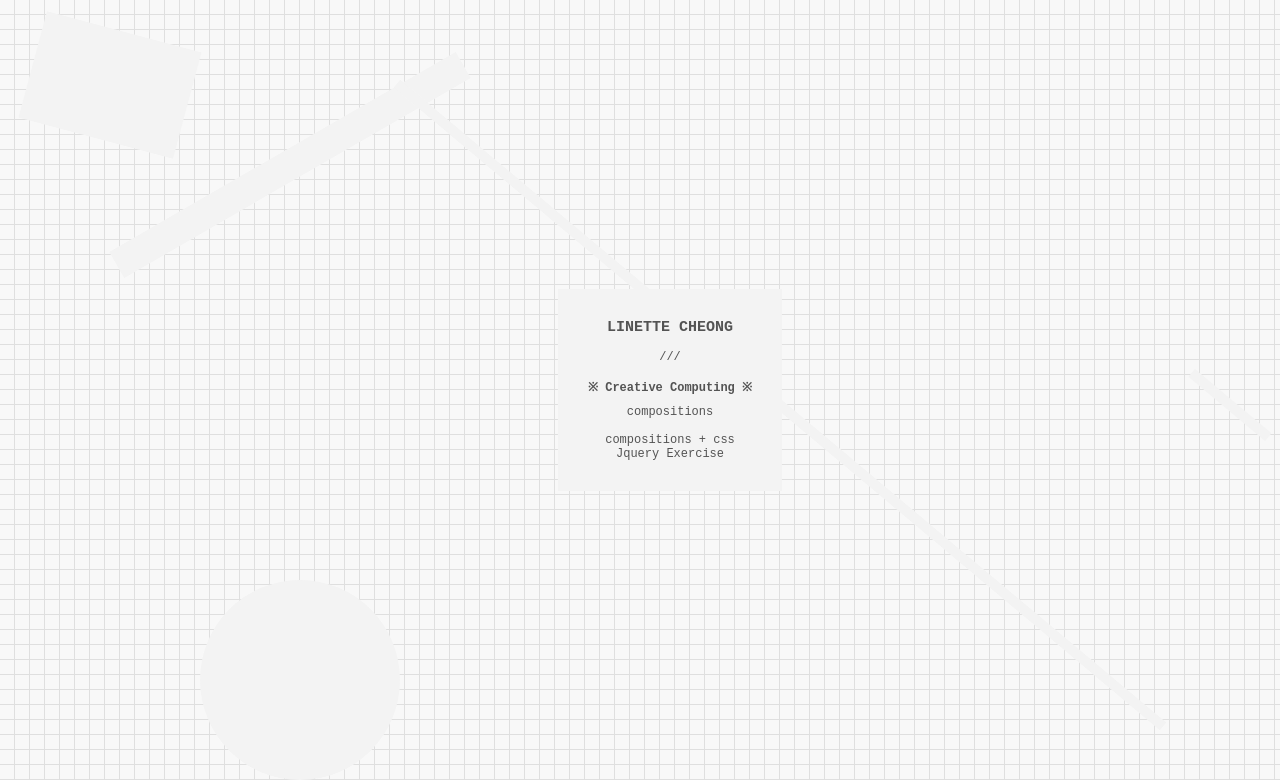
Repository: Nnetterz/Nnetterz.github.io
Page: index.html
The author's editor kept a record of every edit. The page is drawn from the files as they stood at one moment, then again after the next edit.
The browser window is 1280 px wide. The pictures show the whole page.

Above is the page before.

After the next edit:
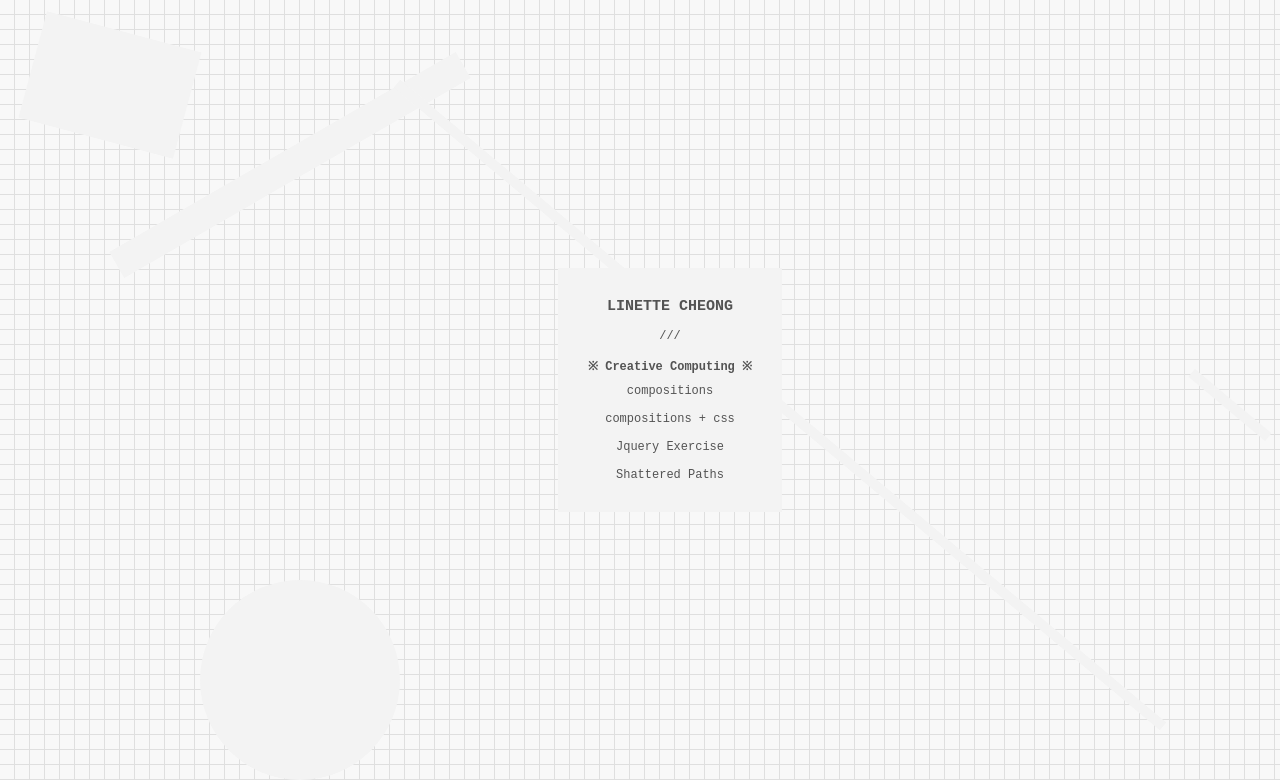
The edit:
--- a/index.html
+++ b/index.html
@@ -28,8 +28,9 @@
     </div>
     <div class="content">
         <a href="type1/index1.html">compositions</a><br><br>
-        <a href="type2/index1.html">compositions + css</a><br>
-        <a href="jquery_exercise/index.html">Jquery Exercise</a>
+        <a href="type2/index1.html">compositions + css</a><br><br>
+        <a href="jquery_exercise/index.html">Jquery Exercise</a><br><br>
+        <a href="linettecheong_creativecomputing.pdf">Shattered Paths</a>
 
 </span><br>
 
